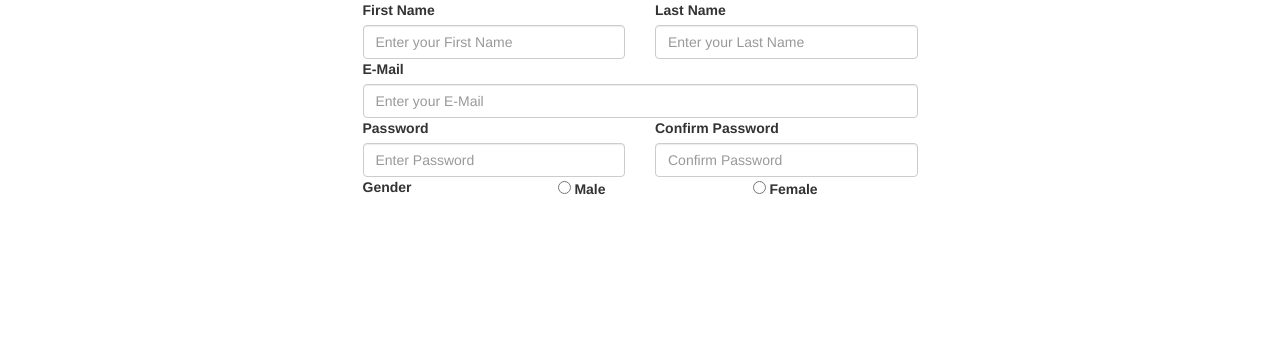
Repository: MoulicaSudamalla161/Tweet
Page: http://localhost/TweetApplication/Registration.jsp
An editor plug-in stored every save of this project. The page is shown before and after the next save, followed by the edit.
The browser window is 1280 px wide. The pictures show the whole page.
The page is served by Tomcat 9. Other server files are loaded and not shown.

Above is the page before, as saved 2021-03-02 07:17:50.

### TweetApplication/WebContent/Registration.jsp
<%@ page language="java" contentType="text/html; charset=ISO-8859-1"
    pageEncoding="ISO-8859-1"%>
<!DOCTYPE html>
<html>
<head>
<meta charset="ISO-8859-1">
<title>Registration Page </title>
<link rel="stylesheet" href="https://maxcdn.bootstrapcdn.com/bootstrap/3.4.1/css/bootstrap.min.css">
<script src="https://ajax.googleapis.com/ajax/libs/jquery/3.5.1/jquery.min.js"></script>
<script src="https://maxcdn.bootstrapcdn.com/bootstrap/3.4.1/js/bootstrap.min.js"></script>
</head>
<body>
 <div class="container">
   <div class="row">
      <div class="col-lg-3"></div>
      <div class="col-lg-6">
        <div id="ui">
           <form action="" class="form-group">
             <div class="row">
               <div class="col-lg-6">
                 <label>First Name</label>
                 <input type="text" name="firstname" class="form-control" placeholder="Enter your First Name">
               </div>
               <div class="col-lg-6">
                 <label>Last Name</label>
                 <input type="text" name="lastname" class="form-control"  placeholder="Enter your Last Name">
               </div>
             </div>
              <label>E-Mail</label>
                 <input type="text" name="email" class="form-control"  placeholder="Enter your E-Mail">
              <div class="row">
               <div class="col-lg-6">
                 <label>Password</label>
                 <input type="text" name="password" class="form-control" placeholder="Enter Password">
               </div>
               <div class="col-lg-6">
                 <label>Confirm Password</label>
                 <input type="text" name="cpassword" class="form-control"  placeholder="Confirm Password">
               </div>
             </div>

           <div class="row">
              <div class="col-sm-4">
                <label>Gender</label>
              </div>

               <div class="col-sm-4">
                <div class="form-check form-check-inline">
                  <input class="form-check-input" type="radio" name="male" id="Radio1" value="Male" >
                  <label class="form-check-label" for="exampleRadios1">Male</label>
                </div>
               </div>
               <div class="col-sm-4">
                <div class="form-check form-check-inline">
                  <input class="form-check-input" type="radio" name="female" id="Radio2" value="Female" >
                  <label class="form-check-label" for="exampleRadios2">Female</label>
                </div>
               </div>
             </div>


           </form>
        </div>

      </div>

      <div class="col-lg-3"></div>
   </div>
 </div>
</body>
</html>

After the next save:
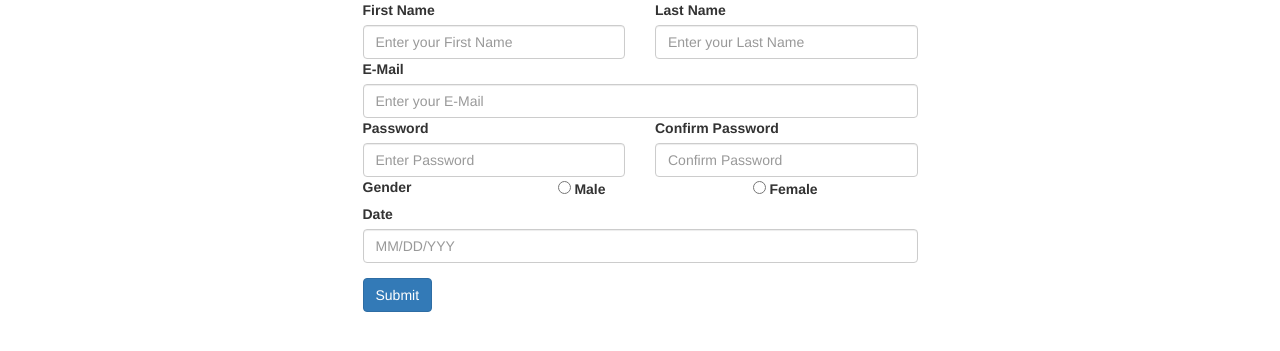
Saved 3 min 52 s later.
--- a/TweetApplication/WebContent/Registration.jsp
+++ b/TweetApplication/WebContent/Registration.jsp
@@ -58,6 +58,13 @@
                </div>
              </div>
 
+           <div class="form-group"> <!-- Date input -->
+        <label class="control-label" for="date">Date</label>
+        <input class="form-control" id="date" name="date" placeholder="MM/DD/YYY" type="text"/>
+      </div>
+      <div class="form-group"> <!-- Submit button -->
+        <button class="btn btn-primary " name="submit" type="submit">Submit</button>
+      </div>
 
            </form>
         </div>
